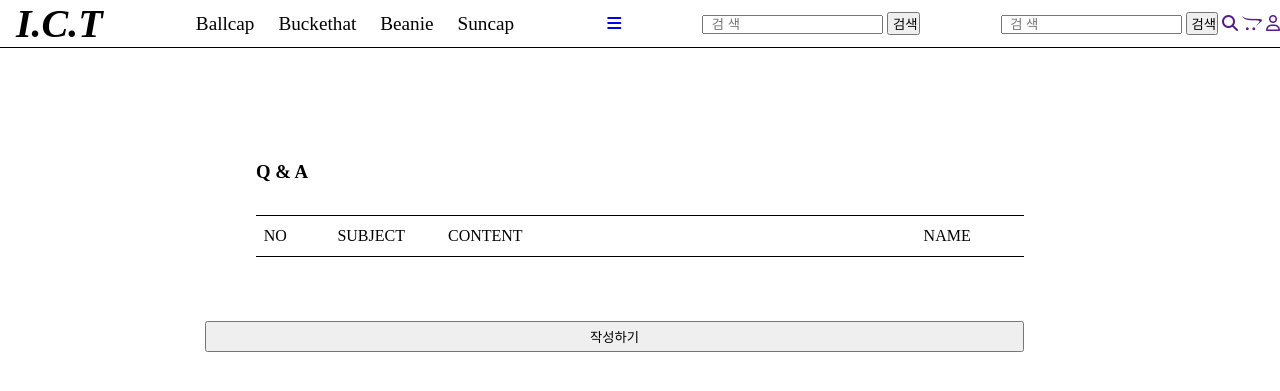
Repository: Developer120000/project1
Page: http://localhost/project1/productpage/q_a.jsp
The author's editor kept a copy of each file at every save. The page is drawn from the files as they stood at one save, then again after the next save.
The browser window is 1280 px wide. The pictures show the whole page.
Some web libraries are served in a nearby version. The page is served by Tomcat 9.

Above is the page before, as saved 2024-03-19 09:36:16.
Console error: SyntaxError: Identifier 'hamburger' has already been declared

After the next save:
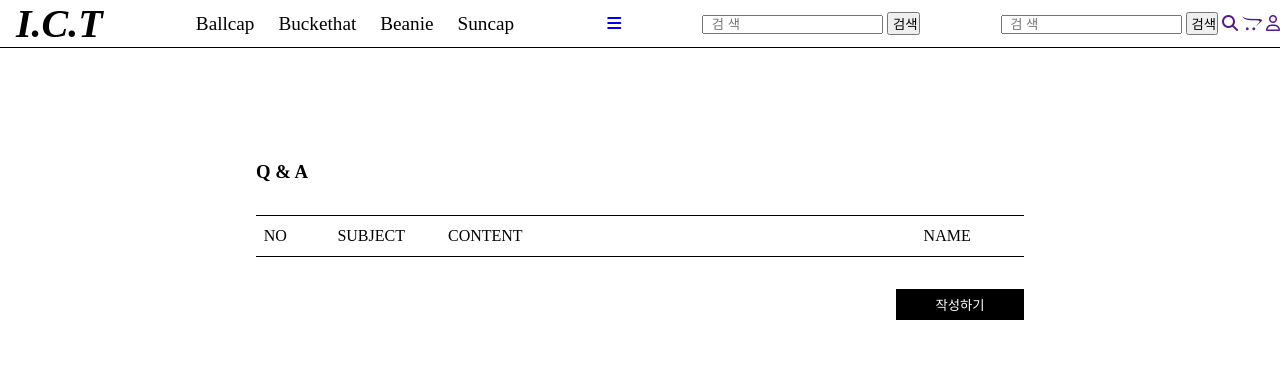
Saved 19 s later.
--- a/project1/src/main/webapp/productpage/q_a.jsp
+++ b/project1/src/main/webapp/productpage/q_a.jsp
@@ -23,7 +23,7 @@
 			</ul>
 		</div>
 		<p class="qwrite">
-			<input type="submit" class="qwrite" value="작성하기">
+			<input type="submit" class="qwrite1" value="작성하기">
 		</p>
 	</div>
 </body>
